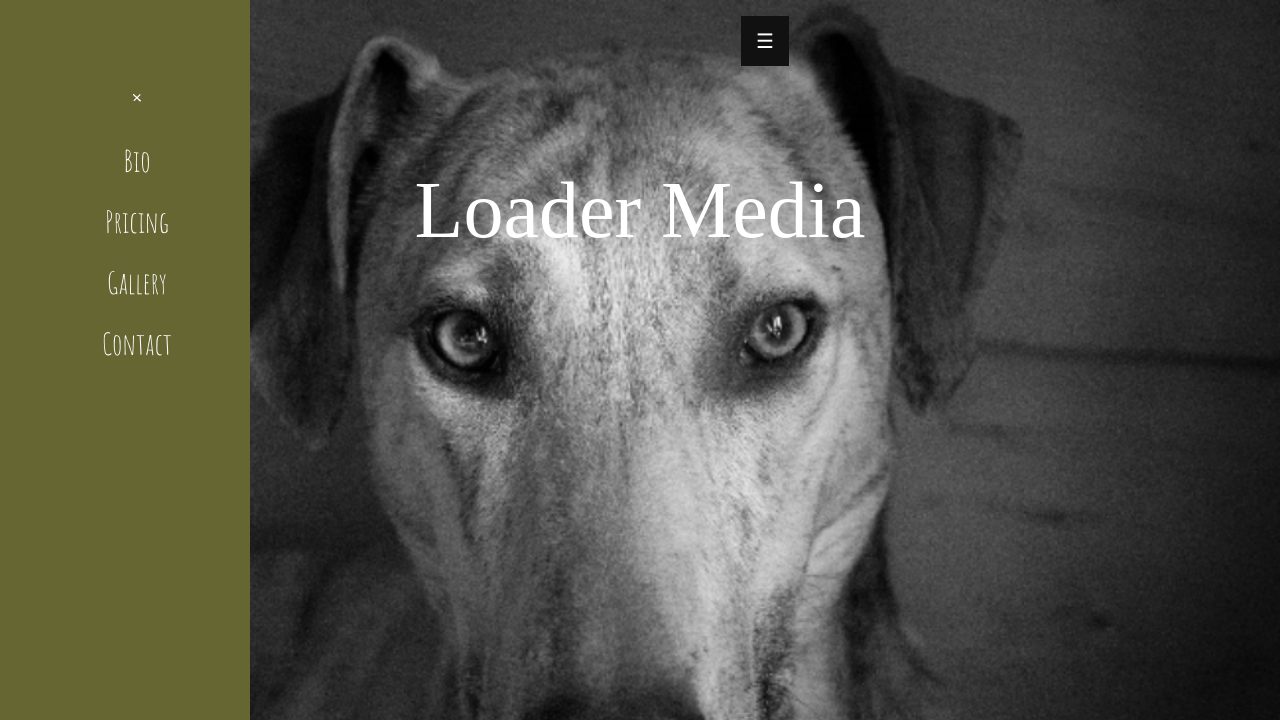
Repository: elizabeth24602/LoaderMedia
Page: index.html
The author's editor kept a record of every edit. The page is drawn from the files as they stood at one moment, then again after the next edit.
The browser window is 1280 px wide. The pictures show the whole page.
After loading, the first visible `button.openbtn` was clicked once.
Some web fonts or font styles are not loaded; a fallback is used.

Above is the page before.
Console error: TypeError: Cannot read properties of null (reading 'textContent')
Not found: Assests/images/

### index.html
<!DOCTYPE html>
<html lang="en">
<head>
    <meta charset="UTF-8">
    <meta name="viewport" content="width=device-width, initial-scale=1.0">
    <meta http-equiv="X-UA-Compatible" content="ie=edge">

    <link rel="stylesheet" href="static/css/bootstrap.min.css" type="text/css" />
    <link rel="stylesheet" href="static/css/dc.min.css" type="text/css" />



    <link rel="stylesheet" href="https://stackpath.bootstrapcdn.com/bootstrap/4.3.1/css/bootstrap.min.css" type="text/css" />
    <link rel="stylesheet" href="https://stackpath.bootstrapcdn.com/font-awesome/4.7.0/css/font-awesome.min.css" type="text/css" />
    <link href="https://fonts.googleapis.com/css?family=Lacquer&display=swap" rel="stylesheet">
    <link href="https://fonts.googleapis.com/css?family=Beth+Ellen&display=swap" rel="stylesheet">
    <link rel="stylesheet" href="https://cdnjs.cloudflare.com/ajax/libs/hover.css/2.3.1/css/hover-min.css" type="text/css" />
    <link rel="stylesheet" href="Assests/images/" type="text/css" />
    <link rel="stylesheet" href="Assests/css/style.css" type="text/css" />

    <title>Loader Media</title>

     <script type="text/javascript" src="static/js/d3.min.js"></script>
    <script type="text/javascript" src="static/js/crossfilter.min.js"></script>
    <script type="text/javascript" src="static/js/dc.min.js"></script>
    <script type="text/javascript" src="static/js/queue.min.js"></script>
    <script type="text/javascript" src="static/js/graph.js"></script>

</head>
<body class="index">

     <header class="container-fluid">

            <div id="mySidebar" class="sidebar">
  <a href="javascript:void(0)" class="closebtn" onclick="closeNav()">×</a>
  <a href="bio.html">Bio</a>
  <a href="pricing.html">Pricing</a>
  <a href="gallery.html">Gallery</a>
  <a href="contact.html">Contact</a>
</div>

<div id="main">
  <button class="openbtn" onclick="openNav()">☰ </button>
</div>

<script>
function openNav() {
  document.getElementById("mySidebar").style.width = "250px";
  document.getElementById("main").style.marginLeft = "250px";
}

function closeNav() {
  document.getElementById("mySidebar").style.width = "0";
  document.getElementById("main").style.marginLeft= "0";
}
</script>

    </header>

    <section>
        <div class="row no-gutters">
            <div class="col">

            </div>
            <div class="col-sm-12">
                <h1 class="name">Loader Media</h1>
            </div>
            <div class="col">

            </div>
        </div>
    </section>
    <footer class="bottom">

    </footer>

</body>
</html>

### Assests/css/style.css
@import url('https://fonts.googleapis.com/css?family=Lacquer:100,200,300,400,500,600,700|Beth+Ellen:100,200,300,400,500,600,700|Pacifico:100,200,300,400,500,600,700|Amatic+SC:100,200,300,400,500,600,700');

/*-------------------------------Website Name */

.name {
    font-family: "Beth+Ellen";
     font-weight: 100;
    font-size: 80px;
    margin-top: 70px;
    text-align: center;
    color: #ffffff;
}

.name3 {
    font-family: "Amatic SC";
     font-weight: 60;
    font-size: 50px;
    margin-top: 70px;
    text-align: center;
    color: #595959;
}

/*-------------------------------Background */

body {
  background-color: #dbceb0;
}

/*-------------------------------Social */

.social-links {
    padding-top: 15px;
    padding-bottom: 15px;
}

.social-links li a i {
    width: 30px;
    height: 30px;
    padding: 12px 0;
    border-radius: 20%;
    font-size: 25px;
    line-height: 7px;
    text-align: center;
    color: #8ca3a3;
    background: #dbceb0;
    transition: all 0.35s ease-in-out;
    -moz-transition: all 0.35s ease-in-out;
    -webkit-transition: all 0.35s ease-in-out;
    -o-transition: all 0.35s ease-in-out;
}

/*-------------------------------menu */


.list-inline-item:not(:last-child) {
    margin: 0;
}

.menucontainer {
    font-size: 0;
    margin: auto;
    width: 60%;
    padding: 10px;
}

#nav li {
    font-size: 20px;
    font-family: 'Beth+Ellen';
    padding: 0;
}

.menuitem {
    text-align: center;
    padding: 0;
}

.body {
    text-align: center;
}


.menuitem2 a {
    width: 100%;
    text-decoration: none;
    color: #ffffff;
}

.menuitem a {
    width: 100%;
    text-decoration: none;
    color: #808080;
}

.hvr-underline-from-center:before {
    background-color: #ffffff;
    color: #d3d3d3;
}


.a:hover {
    text-decoration: none;
}

/*-------------------------------Footer */


.bottom {
    background-color: #666633;
    color: #ffffff;
    left: 0;
    bottom: 0;
    width: 100%;
    text-align: center;
}


.address {
    color: #ffffff;
    text-align: center;
    font-family: "Beth+Ellen";
    padding-top: 20px;
    font-size: 20px;
}
.email {
    color: #ffffff;
    text-align: center;
    font-family: "Beth+Ellen";
    padding: 10px;
    font-size: 20px;
}

.social-links2 {
    padding-top: 15px;
    padding-bottom: 15px;
    text-align: center;
}

.social-links2 li a i {
    width: 30px;
    height: 30px;
    padding: 12px 0;
    border-radius: 20%;
    font-size: 25px;
    line-height: 7px;
    text-align: center;
    color: #ffffff;
    transition: all 0.35s ease-in-out;
    -moz-transition: all 0.35s ease-in-out;
    -webkit-transition: all 0.35s ease-in-out;
    -o-transition: all 0.35s ease-in-out;
}

/*-------------------------------Home */

.index {
  background-image: url("../images/bryn.jpg");
  background-color: #fff5ee;
  height: 500px;
  background-position: cover;
  background-repeat: no-repeat;
  background-size: cover;
  text-align: center;
  background-attachment: scroll;
  min-height: 100%;
  min-width: 1024px;

  /* Set up proportionate scaling */
  width: 100%;
  height: auto;

  /* Set up positioning */
  position: fixed;
  top: 0;
  left: 0;
}

body {
  font-family: "Beth+Ellen", sans-serif;
}

.sidebar {
  height: 100%;
  width: 0;
  position: fixed;
  z-index: 1;
  top: 0;
  left: 0;
  background-color: #666633;
  overflow-x: hidden;
  transition: 0.5s;
  padding-top: 60px;
}

.sidebar a {
  padding: 8px 8px 8px 32px;
  text-decoration: none;
  font-size: 30px;
  font-family: "Amatic SC";
  color: #ffffff;
  display: block;
  transition: 0.3s;
}

.sidebar a:hover {
  color: #f1f1f1;
}

.sidebar .closebtn {
  position: relative;
  top: 0;
  right: 25px;
  font-size: 36px;
  margin-left: 50px;
}

.openbtn {
  font-size: 20px;
  cursor: pointer;
  background-color: #111;
  color: white;
  padding: 10px 15px;
  border: none;
}

.openbtn:hover {
  background-color: #444;
}

#main {
  transition: margin-left .5s;
  padding: 16px;
}

/* On smaller screens, where height is less than 450px, change the style of the sidenav (less padding and a smaller font size) */
@media screen and (max-height: 450px) {
  .sidebar {padding-top: 15px;}
  .sidebar a {font-size: 18px;}
}


/*-------------------------------Bio */

.silhouette {
  display: block;
  margin-left: auto;
  margin-right: auto;
  width: 80%;
  margin-top: 20px;
  margin-bottom: 20px;
}

.bio {
  font-family: "Beth+Ellen";
  text-align: center;
  margin-bottom: 20px;
}

.camera2 {
  display: block;
  margin-left: 10px;
  margin-right: 10px;
  width: 100%;
  margin-top: 20px;
  margin-bottom: 20px;
}

* {
  box-sizing: border-box;
}

.portfolio {
  font-family: "Beth+Ellen"
}

.main {
  max-width: 1000px;
  margin: auto;
}

.row {
  margin: 10px -16px;
}

.row,
.row > .column {
  padding: 8px;
}

.column {
  float: left;
  width: 33.33%;
}

.row:after {
  content: "";
  display: table;
  clear: both;
}

.content {
  background-color: #dbceb0;
  padding: 10px;
  font-family: "Beth+Ellen";
  text-align: center;
}

.show {
  display: block;
}

.btn {
  border: none;
  outline: none;
  padding: 12px 16px;
  background-color: #666633;
  color: #ffffff;
  font-family: "Beth+Ellen";
  cursor: pointer;
}

.btn:hover {
  background-color: #ddd;
}

.btn.active {
  background-color: #fff5ee;
  color: #808080;
}

/*-----------------------------Photos (Used W3 Schools to help with code, made my own modifications and altered coding)*/

.accordion {
  background-color: #666633;
  color: #ffffff;
  font-family: "Beth+Ellen";
  text-align: center;
  cursor: pointer;
  padding: 18px;
  margin: 20px;
  width: 100%;
  border: none;
  outline: none;
  font-size: 30px;
  transition: 0.4s;
}

.active, .accordion:hover {
  background-color: #fff5ee;
   color: #808080;
}

.panel {
  padding: 0 18px;
  display: none;
  background-color: #dbceb0;
  overflow: hidden;
  font-family: "Beth+Ellen";
  color: #808080;
  text-align: left;
  width: 50%
  font-size: 20px;
}

.row > .column {
  padding: 0 8px;
}

.row:after {
  content: "";
  display: table;
  clear: both;
}

.column {
  float: left;
  width: 25%;
}

.modal {
  display: none;
  position: fixed;
  z-index: 1;
  padding-top: 100px;
  left: 0;
  top: 0;
  width: 100%;
  height: 100%;
  overflow: auto;
  background-color: #666633;
}

.modal-content {
  position: relative;
  background-color: #fff5ee;
  margin: auto;
  padding: 0;
  width: 90%;
  max-width: 1200px;
}

.close {
  color: white;
  position: absolute;
  top: 10px;
  right: 25px;
  font-size: 35px;
  font-weight: bold;
}

.close:hover,
.close:focus {
  color: #999;
  text-decoration: none;
  cursor: pointer;
}

.mySlides {
  display: none;
}

.prev,
.next {
  cursor: pointer;
  position: absolute;
  top: 50%;
  width: auto;
  padding: 16px;
  margin-top: -50px;
  color: white;
  font-weight: bold;
  font-size: 20px;
  transition: 0.6s ease;
  border-radius: 0 3px 3px 0;
  user-select: none;
  -webkit-user-select: none;
}

.next {
  right: 0;
  border-radius: 3px 0 0 3px;
}

.prev:hover,
.next:hover {
  background-color: #fff5ee;
}

.numbertext {
  color: #000000;
  font-size: 12px;
  padding: 8px 12px;
  position: absolute;
  top: 0;
}

.caption-container {
  text-align: center;
  font-family: "Beth+Ellen"
  padding: 2px 16px;
  color: #808080;
}

img.demo {
  opacity: 0.6;
}

.active,
.demo:hover {
  opacity: 1;
}

img.hover-shadow {
  transition: 0.3s;
}

.hover-shadow:hover {
  box-shadow: 0 4px 8px 0 rgba(0, 0, 0, 0.2), 0 6px 20px 0 rgba(0, 0, 0, 0.19);
}


/*-------------------------------Pricing */
.dropbtn {
  background-color: #666633;
  color: white;
  font-family: "Pacifico";
  padding: 16px;
  margin-top: 20%;
  margin-left: 50%;
  margin-right: 50%;
  margin-bottom: 10px;
  font-size: 20px;
  border: none;
  cursor: pointer;
}

.dropbtn:hover, .dropbtn:focus {
  background-color: #fff5ee;
  color: #808080;
}

.dropdown {
  position: center;
  display: inline-block;
}

.dropdown-content {
  display: none;
  position: center;
  margin-right: 50%;
  margin-left: 50%;
  margin-top: 10px;
  margin-bottom: 10px;
  background-color: #fff5ee;
  min-width: 160px;
  overflow: auto;
  box-shadow: 0px 8px 16px 0px rgba(0,0,0,0.2);
  z-index: 1;
}

.dropdown-content a {
  color: #808090;
  font-family: "Pacifico";
  text-align: center;
  padding: 12px 16px;
  text-decoration: none;
  display: block;
}

.dropdown a:hover {background-color: #666633;}

.show {display: block;}

/*-------------------------------Cars, Landscape, Anoimals */
.canvas {
  color: #808080;
  font-family: "Beth+Ellen";
  text-align: center;
  margin-bottom: 20px;
  margin-top: 40px;
}
.card {
  box-shadow: 0 4px 8px 0 rgba(0, 0, 0, 0.2);
  max-width: 300px;
  margin: auto;
  text-align: center;
  font-family: "Beth+Ellen";
  color: #808080;
  background-color: #fff5ee;
}

.price {
  color: grey;
  font-size: 22px;
}

.card button {
  border: none;
  outline: 0;
  padding: 12px;
  color: #fff5ee;
  background-color: #666633;
  text-align: center;
  cursor: pointer;
  width: 100%;
  font-size: 18px;
}

.card button:hover {
  opacity: 0.7;
}

/*-------------------------------Gallery */
.row {
  display: flex;
  flex-wrap: wrap;
  padding: 0 4px;
}

/* Create four equal columns that sits next to each other */
.column {
  flex: 25%;
  max-width: 25%;
  padding: 0 4px;
}

.column img {
  margin-top: 20px;
  margin-bottom: 10px;
  margin-left: 10px;
  margin-right: 10px;
  vertical-align: middle;
  width: 100%;
}

/* Responsive layout - makes a two column-layout instead of four columns */
@media screen and (max-width: 800px) {
  .column {
    flex: 50%;
    max-width: 50%;
  }
}

/* Responsive layout - makes the two columns stack on top of each other instead of next to each other */
@media screen and (max-width: 600px) {
  .column {
    flex: 100%;
    max-width: 100%;
  }
}
/*-------------------------------contact */

.contact-heading {
    font-family: "Beth+Ellen";
    text-align: center;
    font-weight: 100;
    margin-top: 25px;
    margin-bottom: 20px;
    color: #808080;
}

.text-center {
    font-family: "pacifico";
    text-align: center;
    font-weight: 100;
    margin-top: 25px;
    margin-bottom: 20px;
    color: #808080;
}


.center-form {
    padding-top: 10px;
    margin: 0 auto;
    max-width: 70%;
    font-family: "Beth+Ellen";
}

button[type="submit"] {
    margin-top: 15px;
    margin-bottom: 20px;
    background-color: #666633;
    color: #fafafa;
    font-family: "Beth+Ellen";
}

.chat {
   font-family: "Beth+Ellen";
    font-weight: 100;
    margin-top: 180px;
    margin-bottom: 20px;
    text-align: center;
    color: #595959;
}

.number {
     font-family: "pacifico";
    font-weight: 100;
    margin-top: 125px;
    margin-bottom: 20px;
    text-align: center;
    color: #808080;
}

.laptop {
    display: block;
  margin-left: auto;
  margin-right: auto;
  margin-top: 20px;
  width: 90%;
}

.phone {
  display: block;
  margin-left: auto;
  margin-right: auto;
  margin-top: 20px;
  margin-bottom: 20px;
  width: 90%;
  border-radius: 8px;
}

### static/js/graph.js
queue()
    .defer(d3.csv, "data/Salaries.csv")
    .await(makeGraphs);

function makeGraphs(error, salaryData) {
    var ndx = crossfilter(salaryData);

    salaryData.forEach(function(d){
        d.salary = parseInt(d.salary);
    })

    show_discipline_selector(ndx);
    show_gender_balance(ndx);
    show_average_salary(ndx);
    show_rank_distribution(ndx);

    dc.renderAll();
}

function show_discipline_selector(ndx) {
    var dim = ndx.dimension(dc.pluck('discipline'));
    var group = dim.group();

    dc.selectMenu("#discipline-selector")
        .dimension(dim)
        .group(group);
}


function show_gender_balance(ndx) {
    var dim = ndx.dimension(dc.pluck('sex'));
    var group = dim.group();

    dc.barChart("#gender-balance")
        .width(400)
        .height(300)
        .margins({top: 10, right: 50, bottom: 30, left: 50})
        .dimension(dim)
        .group(group)
        .transitionDuration(500)
        .x(d3.scale.ordinal())
        .xUnits(dc.units.ordinal)
        .xAxisLabel("Gender")
        .yAxis().ticks(20);
}


function show_average_salary(ndx) {
    var dim = ndx.dimension(dc.pluck('sex'));

    function add_item(p, v) {
        p.count++;
        p.total += v.salary;
        p.average = p.total / p.count;
        return p;
    }

    function remove_item(p, v) {
        p.count--;
        if(p.count == 0) {
            p.total = 0;
            p.average = 0;
        } else {
            p.total -= v.salary;
            p.average = p.total / p.count;
        }
        return p;
    }

    function initialise() {
        return {count: 0, total: 0, average: 0};
    }

    var averageSalaryByGender = dim.group().reduce(add_item, remove_item, initialise);

    dc.barChart("#average-salary")
        .width(400)
        .height(300)
        .margins({top: 10, right: 50, bottom: 30, left: 50})
        .dimension(dim)
        .group(averageSalaryByGender)
        .valueAccessor(function(d){
            return d.value.average.toFixed(2);
        })
        .transitionDuration(500)
        .x(d3.scale.ordinal())
        .xUnits(dc.units.ordinal)
        .elasticY(true)
        .xAxisLabel("Shade")
        .yAxis().ticks(10);
}


function show_rank_distribution(ndx) {

    function rankByGender(dimension, rank) {
        return dimension.group().reduce(
            function (p, v) {
                p.total++;
                if(v.rank == rank) {
                    p.match++;
                }
                return p;
            },
            function (p, v) {
                p.total--;
                if(v.rank == rank) {
                    p.match--;
                }
                return p;
            },
            function () {
                return {total: 0, match: 0};
            }
        );
    }

    var dim = ndx.dimension(dc.pluck("sex"));
    var profByGender = rankByGender(dim, "Motor Vehicles");
    var asstProfByGender = rankByGender(dim, "Animals");
    var assocProfByGender = rankByGender(dim, "Landscapes");

    dc.barChart("#rank-distribution")
        .width(400)
        .height(300)
        .dimension(dim)
        .group(profByGender, "Motors")
        .stack(asstProfByGender, "Animals")
        .stack(assocProfByGender, "Landscapes")
        .valueAccessor(function(d) {
            if(d.value.total > 0) {
                return (d.value.match / d.value.total) * 100;
            } else {
                return 0;
            }
        })
        .x(d3.scale.ordinal())
        .xUnits(dc.units.ordinal)
        .legend(dc.legend().x(320).y(20).itemHeight(15).gap(5))
        .margins({top: 10, right: 100, bottom: 30, left: 30});
}

Loaded but not shown: static/css/bootstrap.min.css (library); static/css/dc.min.css (library); static/js/d3.min.js (library); static/js/crossfilter.min.js (library); static/js/dc.min.js (library); static/js/queue.min.js (common file)

After the next edit:
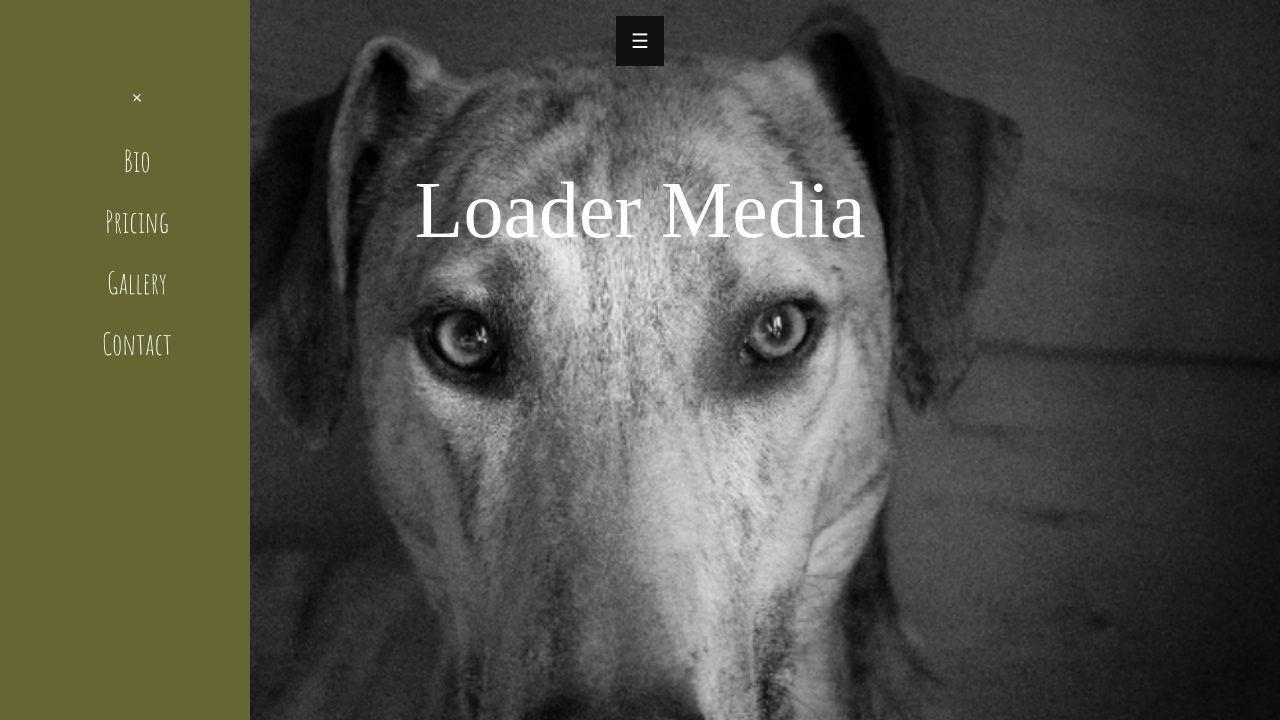
The edit:
--- a/index.html
+++ b/index.html
@@ -46,7 +46,7 @@
 <script>
 function openNav() {
   document.getElementById("mySidebar").style.width = "250px";
-  document.getElementById("main").style.marginLeft = "250px";
+  document.getElementById("main").style.marginright = "250px";
 }
 
 function closeNav() {
